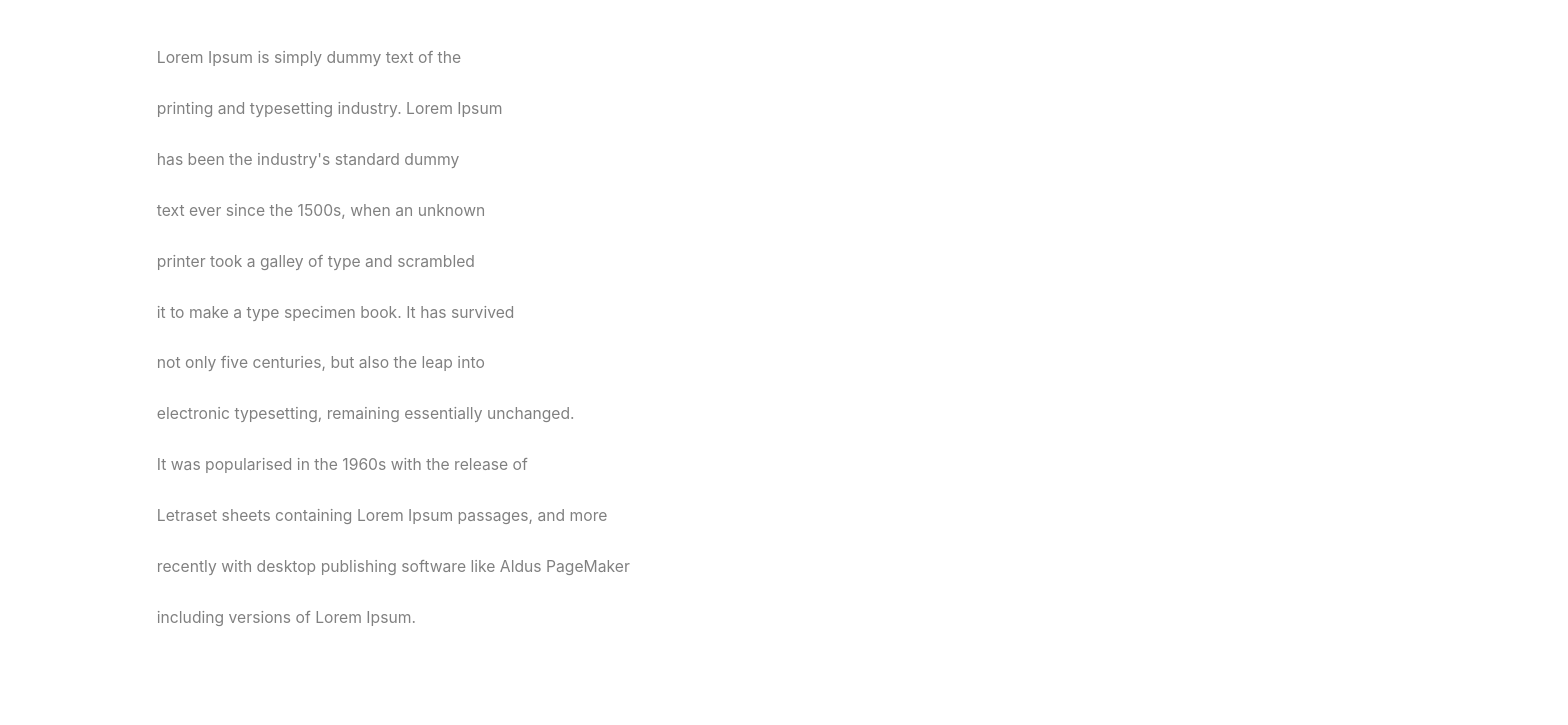
Repository: eg7eg7/Text-Play
Page: /
An editor plug-in stored every save of this project. The page is shown before and after the next save, followed by the edit.
The browser window is 1280 px wide. The page is 1600 px wide, so the pictures cover 1600 px, including what lies to the right of the window. The pictures show the whole page, at 98% of full size.
The project was rebuilt for these pictures with package versions that can differ from the ones it lists, and the page was loaded fresh each time.

Above is the page before, as saved 2021-01-11 23:20:26.

### src/index.tsx
import React from 'react';
import ReactDOM from 'react-dom';
import './index.css';
import { TextPlay } from './TextPlay';
import reportWebVitals from './reportWebVitals';

ReactDOM.render(
  <React.StrictMode>
    <TextPlay />
  </React.StrictMode>,
  document.getElementById('root')
);

// If you want to start measuring performance in your app, pass a function
// to log results (for example: reportWebVitals(console.log))
// or send to an analytics endpoint. Learn more: https://bit.ly/CRA-vitals
reportWebVitals();

### src/TextPlay.tsx
import React, { Component } from 'react';
import './TextPlay.css';
type TextState = {
    text: Map<string, number>
    textState: number;
    defaultState: number;
}
export class TextPlay extends Component<{}, TextState> {
    tick() {
        const textMap = new Map();
        textMap.set("Lorem Ipsum is simply dummy text of the", 1);
        textMap.set("printing and typesetting industry. Lorem Ipsum", 2);
        textMap.set("has been the industry's standard dummy ", 3);
        textMap.set("text ever since the 1500s, when an unknown ", 4);
        textMap.set("printer took a galley of type and scrambled ", 1);
        textMap.set("it to make a type specimen book. It has survived", 1);
        textMap.set("not only five centuries, but also the leap into ", 3);
        textMap.set("electronic typesetting, remaining essentially unchanged. ", 1);
        textMap.set("It was popularised in the 1960s with the release of ", 3);
        textMap.set("Letraset sheets containing Lorem Ipsum passages, and more ", 2);
        textMap.set("recently with desktop publishing software like Aldus PageMaker ", 1);
        textMap.set("including versions of Lorem Ipsum.", 1);
        this.setState({
            defaultState: 0,
            textState: 0,
            text: textMap
        });
    }

    componentWillMount() {
        this.tick();
    }

    componentDidMount() {
        this.tick();
    }

    createTextDivs(): React.ReactNode  {
        const values = [];
        let keys = Array.from(this.state.text.keys());
        for(var string of keys) {
            const value = this.state.text.get(string) || this.state.defaultState;
            values.push(<div className="textBlock" onMouseEnter={() => this.setState({ textState: value }) }>
            {
              this.state.textState === value ? (
                <p className="bold">{string}</p>
              ) : (
                <p className="hide">{string}</p>
              )
            }
          </div>);
        };
        return values;
    }
    render() {
        console.log(this.state.textState);;
        return <div className="TextPlay">{this.createTextDivs()}</div>
      }
}

### src/TextPlay.css

p.hide {
    color:grey;
}
p.bold {
    font-weight: bold;
    color:black;
}

p {
    /* width:18em; */
}
div.textBlock {
    float: left;
}
.textBlock {
    clear: left;
    display:inline-block;
    margin-top: 0em;
}
.TextPlay {
    margin-top: 2em;
    margin-bottom: 5em;
    margin-left: 10em;
    text-align: justify;
    width:100%;
    display:inline-block;
    margin-right: 10em;
}

Loaded but not shown: public/index.html (common file); src/index.css (common file); src/reportWebVitals.ts (common file)

After the next save:
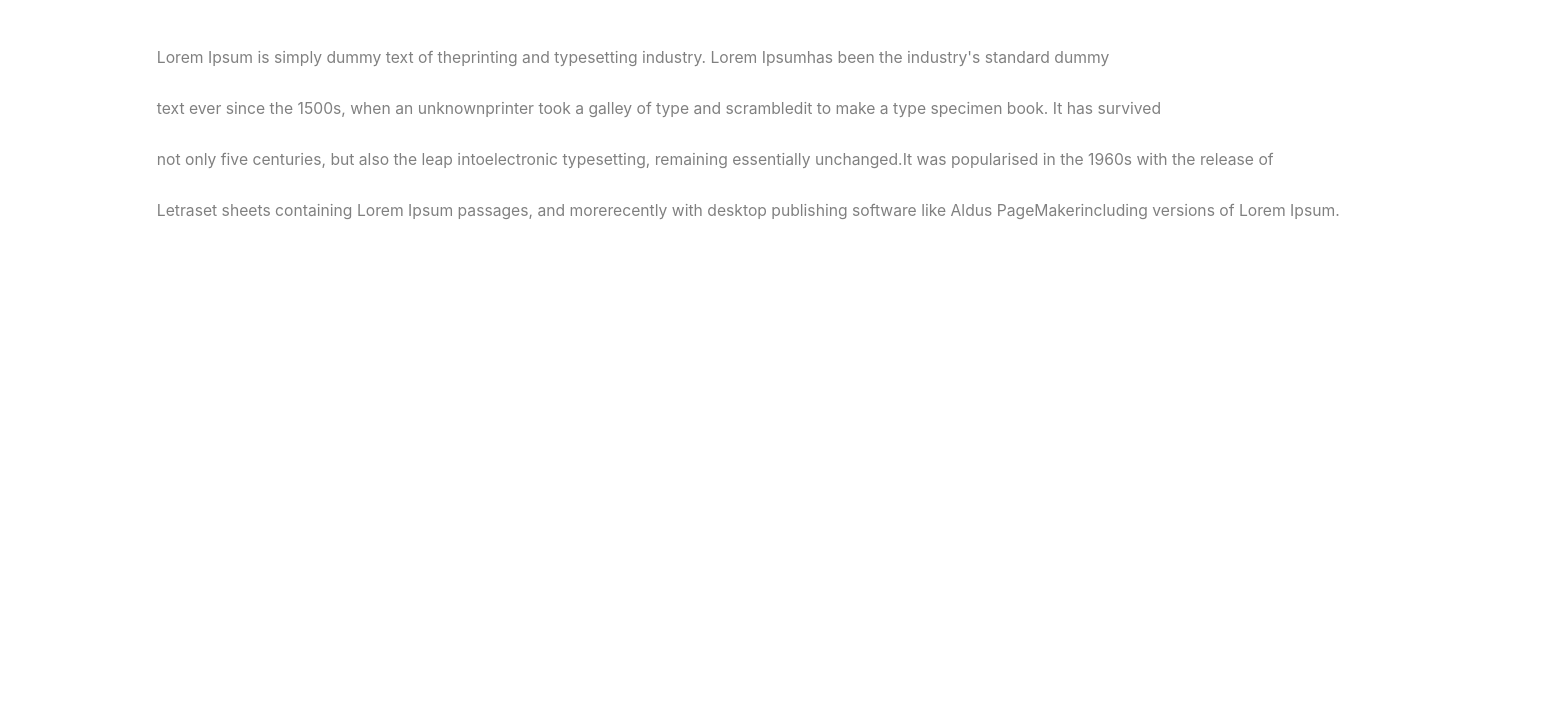
Saved 7 s later.
--- a/src/TextPlay.css
+++ b/src/TextPlay.css
@@ -9,15 +9,16 @@ p.bold {
 
 p {
     /* width:18em; */
+    text-align:justify;
 }
 div.textBlock {
     float: left;
 }
-.textBlock {
+/* .textBlock {
     clear: left;
     display:inline-block;
     margin-top: 0em;
-}
+} */
 .TextPlay {
     margin-top: 2em;
     margin-bottom: 5em;
